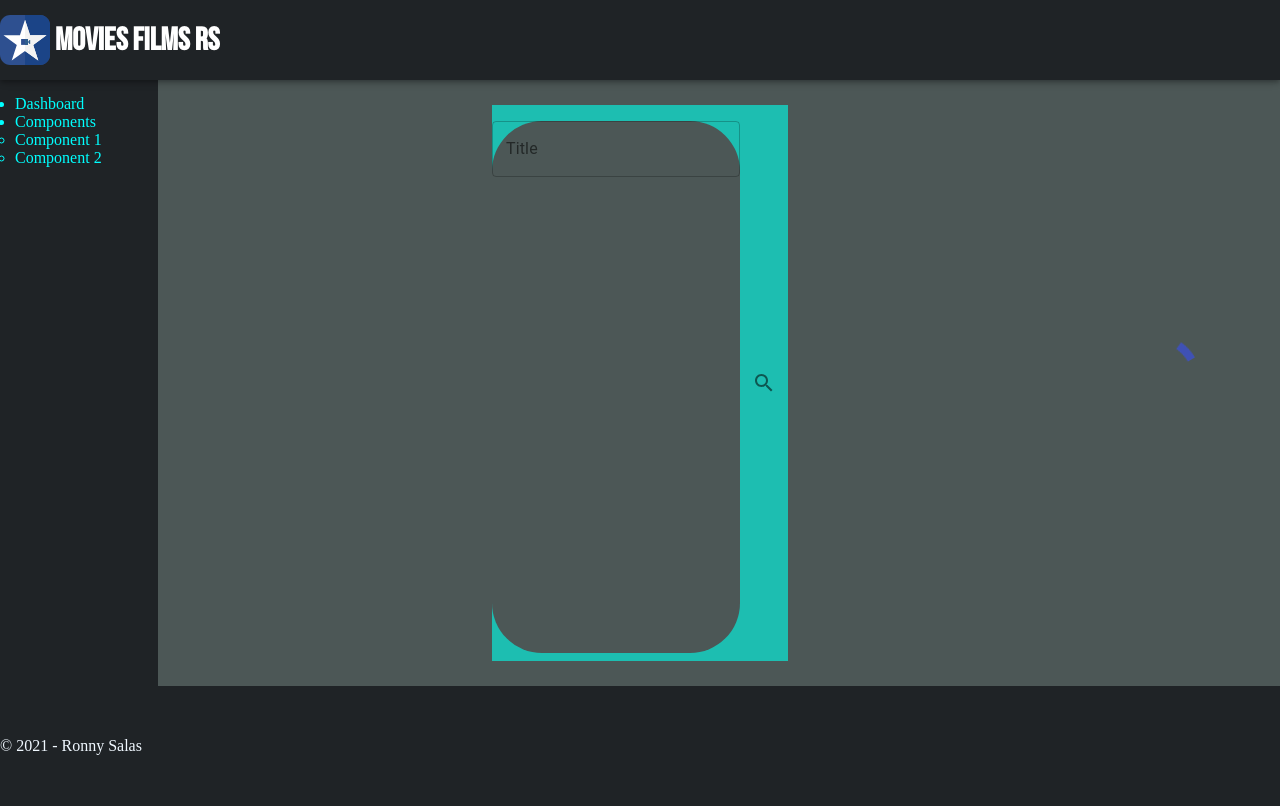
Repository: ronnysalas459/assigment-2
Page: /
An editor plug-in stored every save of this project. The page is shown before and after the next save, followed by the edit.
The browser window is 1280 px wide. The pictures show the whole page.
The page's requests for data from a server got no answer. The project was rebuilt for these pictures with package versions that can differ from the ones it lists, and the page was loaded fresh each time. No one was signed in, and anything a server would have sent is missing. Also part of the build but not shown: src/contexts/DetailsContext.js, src/components/Films/Movie.js, src/components/Common/Messages.js, src/components/Films/Movies.js, src/components/Common/ButtonPrimary.js, src/components/Details/Detail.js, src/components/Details/index.js, src/components/NotFound/index.js.

Above is the page before, as saved 2021-08-31 20:42:08.

### src/index.js
import React from 'react';
import ReactDOM from 'react-dom';
import App from './App';

ReactDOM.render(<App />,document.querySelector('#root')
);

### src/App.js
import React from "react";
import { BrowserRouter, Switch, Route } from "react-router-dom";
import MoviesContextProvider from "./contexts/MoviesContext";
import DetailsContextProvider from "./contexts/DetailsContext";
import Films from "./components/Films";
import Details from "./components/Details";
import Header from "./components/Common/Header";
import Footer from "./components/Common/Footer";
import SideBar from "./components/Common/SideBar";
import NotFound from "./components/NotFound";
import "./assets/css/styles.css";

const App = () => (
  <BrowserRouter>
    <div className="container">
      <MoviesContextProvider>
      <Header />
      </MoviesContextProvider>
      <div className="content">
        <SideBar />
        <div className="projects">
          <Switch>
            <Route exact path="/">
              <MoviesContextProvider>
                <Films />
              </MoviesContextProvider>
            </Route>
            <Route path="/movie/:movie_id">
              <DetailsContextProvider>
                <Details />
              </DetailsContextProvider>
            </Route>
            <Route component={NotFound} />
          </Switch>
        </div>
      </div>
      <Footer />
    </div>
  </BrowserRouter>
);

export default App;

### src/contexts/MoviesContext.js
import React, { createContext, useState, useEffect } from "react";
import { popularGet, movieSearch } from "./../constants";

export const MoviesContext = createContext();

const MoviesContextProvider = ({ children }) => {
  const [doneFetch, setDoneFetch] = useState();
  const [currentQuery, setCurrentQuery] = useState("");
  const [text, setText] = useState("Top Movies");
  const [movies, setMovies] = useState([]);

  useEffect(() => {
    getPopularMovies();
  }, []);

  const getPopularMovies = () => {
    fetch(popularGet())
      .then((res) => res.json())
      .then((data) => {
        const { results }  = data;
        setDoneFetch(true);
        console.log(results);
        setMovies(results);
      })
      .catch((err) => console.log(err));
  };

  const getMovies = (query) => {
    fetch(movieSearch(query))
      .then((res) => res.json())
      .then((data) => {
        const { results } = data;
        setDoneFetch(true);
        console.log(results );
        setText(results.length ? "Results" : "No Results");
        setMovies(results);

      })
      .catch((err) => console.log(err));
  };

  const validateQuery = (
    e,
    query = document.querySelector("#query").value.toLowerCase().trim()
  ) => {
    if (e.type === "keypress" && e.key !== "Enter") return;
    const words = query.match(/\w+/g);
    query = words && words.join(" ");
    if (query && query !== currentQuery) {
      setCurrentQuery(query);
      setDoneFetch(false);
      getMovies(query);
    }
  };
  return (
    <MoviesContext.Provider value={{ doneFetch, text, movies, validateQuery }}>
      {children}
    </MoviesContext.Provider>
  );
};

export default MoviesContextProvider;

### src/components/Films/index.js
import React, { Fragment, useContext } from "react";
import { MoviesContext } from "./../../contexts/MoviesContext";
import SearchMovies from "./SearchMovies";
import Movies from "./Movies";
import ProgressBar from "./../Common/ProgressBar";
import  Message  from "./../Common/Messages";

const Films = () => {
  const { validateQuery, doneFetch, movies, text } = useContext(MoviesContext);

  return (
    <Fragment>
      <SearchMovies validateQuery={validateQuery} />
      {doneFetch ? (
        movies.length ? (
          console.log("voyyyyyyyyyy"),
          <Movies text={text} movies={movies} />
        ) : (
          <Message text={text} />
        )
      ) : (
          console.log("nooooooooo"),
        <ProgressBar />
      )}
    </Fragment>
  );
};

export default Films;

### src/components/Common/Header.js
import React from "react";
import { AppBar } from "@material-ui/core";
import { ReactComponent as Logo } from "./../../assets/img/movie.svg";
import "./../../assets/css/styles.css";
const Header = () => (
  <AppBar position="sticky">
      <div className="header-container">
            <Logo className="logo-container" />
            &nbsp;&nbsp;
        <h1>Movies Films RS</h1>
      </div>
  </AppBar>
);

export default Header;

### src/components/Common/Footer.js
import React from 'react'

const Footer = () => (
    <footer>
        <p> &copy; { new Date().getFullYear()} - Ronny Salas</p>
    </footer>
);


export default Footer;

### src/components/Common/SideBar.js
import React from "react";
import { ProSidebar, Menu, MenuItem, SubMenu } from "react-pro-sidebar";
import "./../../assets/css/styles.css";

const SideBar = () => (

    <aside className="aside">
      <ProSidebar>
        <Menu iconShape="square">
          <MenuItem>Dashboard</MenuItem>
          <SubMenu title="Components">
            <MenuItem>Component 1</MenuItem>
            <MenuItem>Component 2</MenuItem>
          </SubMenu>
        </Menu>
      </ProSidebar>
    </aside>

);
export default SideBar;

### src/assets/css/styles.css
/*FUENTES*/

@font-face {
  font-family: "TrebuchetMS";
  src: url("../fonts/TrebuchetMS.ttf");
  font-weight: normal;
  font-style: normal;
}
@font-face {
  font-family: "BebasNeue";
  src: url("../fonts/BebasNeue.otf");
  font-weight: normal;
  font-style: normal;
}

@font-face {
  font-family: "WebSymbolsRegular";
  src: url("../fonts/websymbols-regular-webfont.eot");
  src: url("../fonts/websymbols-regular-webfont.eot?#iefix")
      format("embedded-opentype"),
    url("../fonts/websymbols-regular-webfont.woff") format("woff"),
    url("../fonts/websymbols-regular-webfont.ttf") format("truetype"),
    url("../fonts/websymbols-regular-webfont.svg#WebSymbolsRegular")
      format("svg");
  font-weight: normal;
  font-style: normal;
}
.root {
  margin: 3vw;
}
* {
  margin: 0px;
  padding: 0px;
}

html {
  overflow-x: hidden;
}

.container{
  width:100%;
  height:auto;
}

.header-container {
  width: 100%;
  height: 80px;
  background-color: #1f2326 !important;
  font-family: BebasNeue;
  color: white;
  display: flex;
  flex-direction: row;
  flex-wrap: wrap;
  align-items: center;
}

.logo-container {
  display: block;
  height: 100%;
  width: 50px;
}
.logo-container h1 {
  color: aqua;
}
.content{
  display:flex;
  background-color: #4C5756;
}
.img-wrap {
  height: 150px;
  padding-top: 56.25%;
}
.aside{
  display:flex;
  min-height: 80vh;
  flex-basis: 10%;
  margin-right: 30px;
  padding: 15px;
  flex-direction: column;
  flex-wrap: wrap;
  color: aqua;
  background-color: #1f2326;
}

.projects{
  display:flex;
  flex-wrap: wrap;
  flex-basis: 80%;
}

footer {
  display:flex;
  flex-flow: row wrap;
  justify-content:flex-start;
  height:120px;
  align-items:center;
  background-color: #1f2326;
}
footer p {
    color:aliceblue;
    justify-content: center;
}
.paper {
  margin: 0px auto;
  margin-top: 25px;
	margin-bottom: 25px;
	margin-left: auto;
	margin-right: auto;
	max-width: 600px;
  background-color: #4C5756;
}
.search {
  display: flex;
  margin: 0px auto;
  margin-top: 25px;
	margin-bottom: 25px;
	margin-left: auto;
	margin-right: auto;
	max-width: 600px;
  background-color: #1dbeb1;
  color:aliceblue;
}
.iconSearch {
  float: right;
}
.defaultPaper {
	padding: 15px;
}

.project{
  flex-grow:1;
  flex-basis: 250px;
  margin-bottom: 25px;
  margin-right:20px;
  max-width: 345px;
}
.movie-details {
  height:800;
  width:500px;
  max-width: 345px,
}
.movie-details-img {
  height:640px;
  width:400px;
  padding: 10px;
}
.project img{
  width:80%;
}
.buttonPrimary,
.progressBar {
  display: flex;
  justify-content: center;
  align-items: center;
}


a {
	text-decoration: none;
}

.buttonPrimary,
.message,
.progressBar {
  margin: 10px;
}

.MuiTextField-root {
  width: 100%;
}

@media (max-width: 323px) {
  h1 {
    display: none;
  }
}

### src/constants/index.js
//HABILITAR PROXY INVERSO PARA CORS INTERCEPTOR
//const cors_anywhere = "https://cors-anywhere.herokuapp.com/";
const base_url = "https://api.themoviedb.org/3/";
const popular_movies_get = "movie/popular?";
const movie_search = "search/movie?";
const movies_get = "movie/";
const api_key = "api_key=2c4e30626dc1fcee2a373a9a71cf70f1";


export const popularGet = () => `${base_url}${popular_movies_get}${api_key}&page=1`;
export const moviesGet = movie_id => `${base_url}${movies_get}${movie_id}?${api_key}`;
export const movieSearch = query => `${base_url}${movie_search}${api_key}&query=${query}`;

### src/components/Films/SearchMovies.js
import React from 'react';
import Paper from "@material-ui/core/Paper";
import TextField from '@material-ui/core/TextField';
import IconButton from '@material-ui/core/IconButton';
import SearchIcon from '@material-ui/icons/Search';


const SearchMovies = ({ validateQuery }) => (
    <div className="search" >
        <TextField
            style={{ backgroundColor: '#4C5756', borderRadius: 50, padding: 'offset' }}
            id="query"
            label="Title"
            margin="normal"
            variant="outlined"
            onKeyPress = {(e) => validateQuery(e)}
        />
         <IconButton  onClick={(e) => validateQuery(e)}>
            <SearchIcon />
        </IconButton>
    </div>
);

export default SearchMovies

### src/components/Common/ProgressBar.js
import React from 'react'
import CircularProgress from '@material-ui/core/CircularProgress';

const ProgressBar = () => (
    <div className="progressBar">
        <CircularProgress size = { 100 } />

    </div>
)


export default ProgressBar

Loaded but not shown: public/index.html (common file)

After the next save:
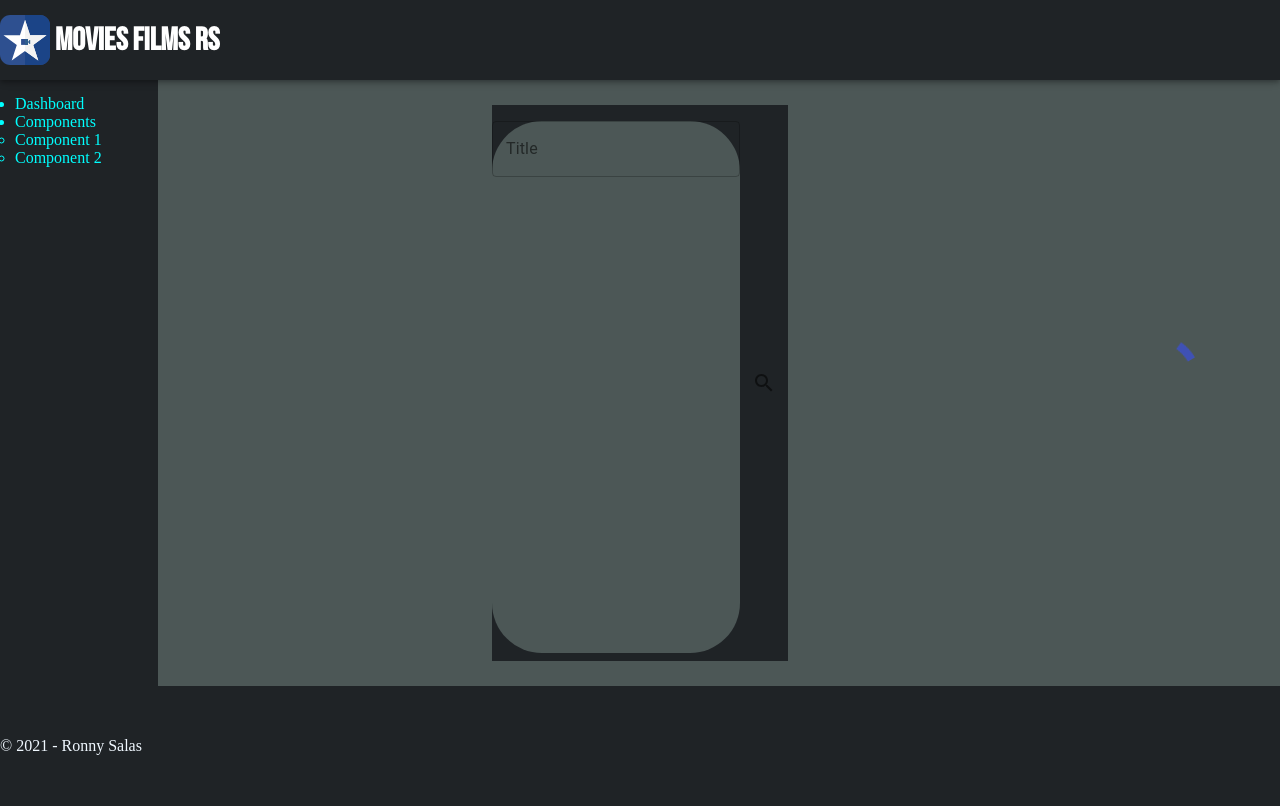
Saved 31 s later.
--- a/src/assets/css/styles.css
+++ b/src/assets/css/styles.css
@@ -117,8 +117,8 @@ footer p {
 	margin-left: auto;
 	margin-right: auto;
 	max-width: 600px;
-  background-color: #1dbeb1;
-  color:aliceblue;
+  background-color: #1F2326;
+
 }
 .iconSearch {
   float: right;
